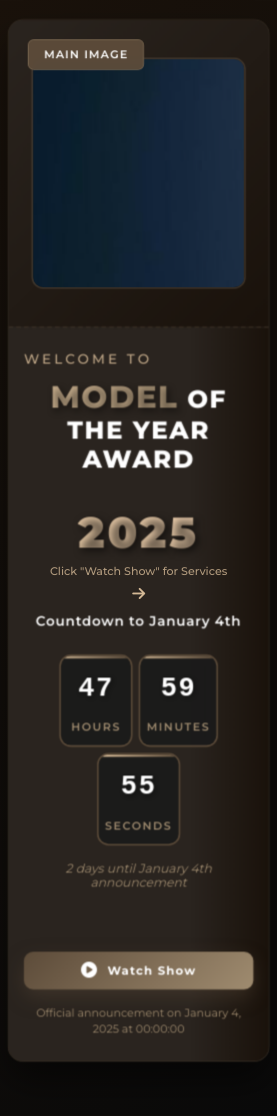
Repository: Madgerald-09/2025yearmodel
Page: index.html
The author's editor kept a copy of each file at every save. The page is drawn from the files as they stood at one save, then again after a run of saves.
The browser window is 360 px wide. The pictures show the whole page, at 77% of full size.

Above is the page before, as saved 2025-12-24 17:01:53.

After the next 2 saves:
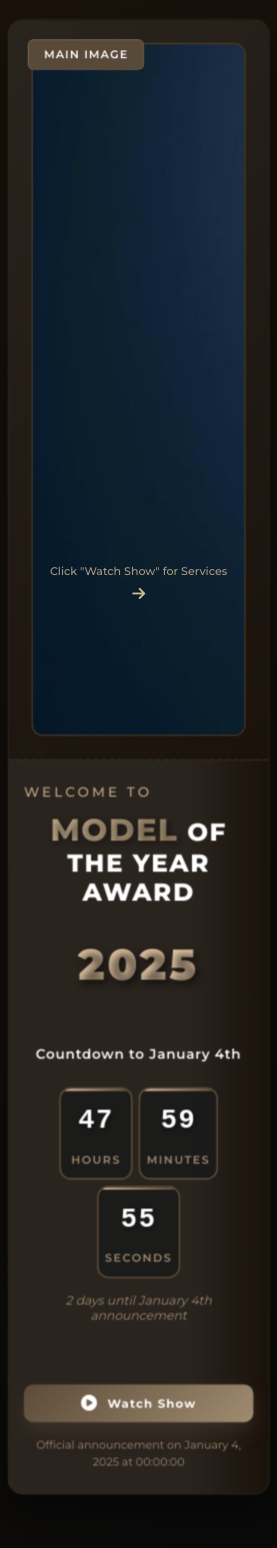
The 2 saves are shown as one change because they came seconds apart.
The last was saved 13 s later.
--- a/style.css
+++ b/style.css
@@ -731,6 +731,6 @@
 
     .image-container {
         max-width: 350px; /* Increased from 300px */
-        max-height: 300px; /* Increased from 200px */
-    }
-}
+        max-height: 900px; /* Increased from 200px */
+    }
+}
